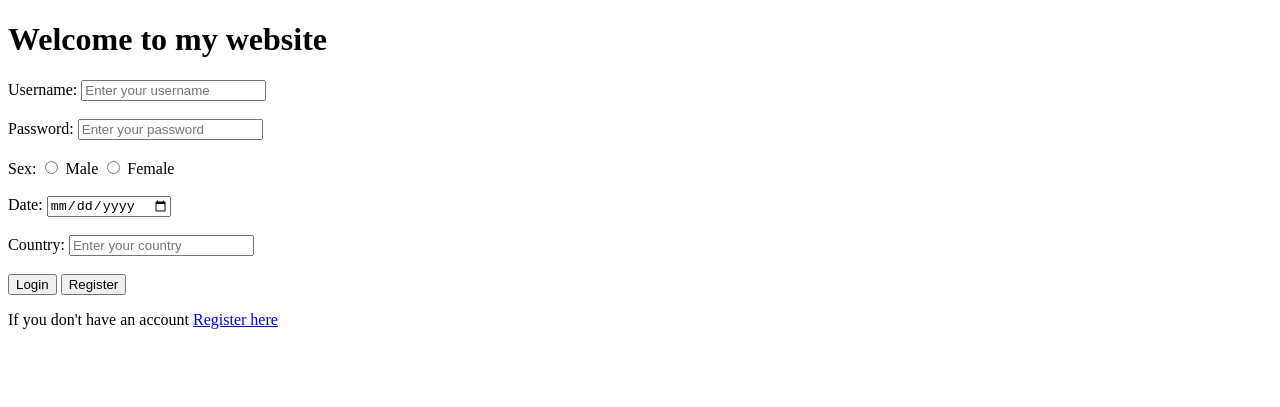
Repository: bao2222/hoc-lam-web
Page: welcome.html
The author's editor kept a copy of each file at every save. The page is drawn from the files as they stood at one save, then again after the next save.
The browser window is 1280 px wide. The pictures show the whole page.

Above is the page before, as saved 2024-12-24 19:34:38.

After the next save:
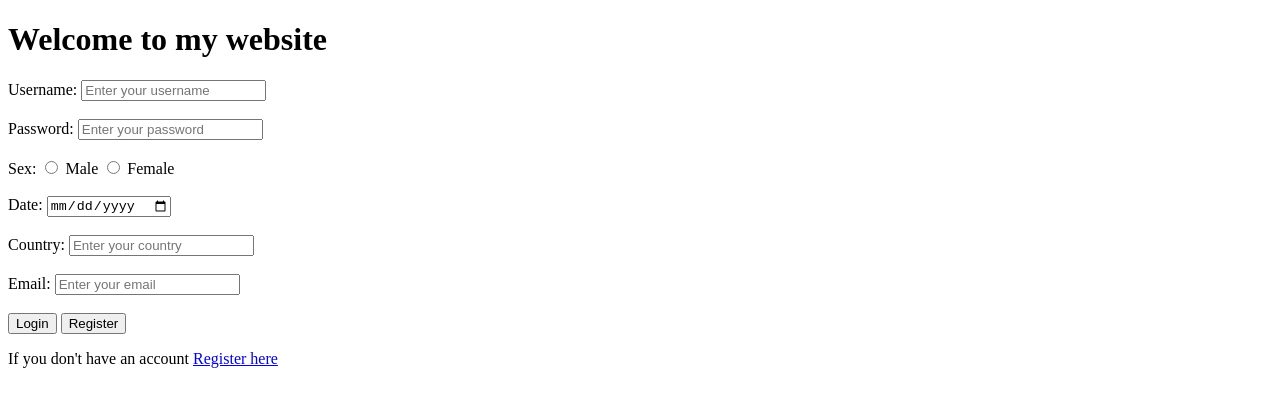
Saved 38 s later.
--- a/welcome.html
+++ b/welcome.html
@@ -31,6 +31,8 @@
                         <input type="date" id="date" name="date"><br><br>
                         <label for="country">Country:</label>
                         <input type="text" id="country" name="country" placeholder="Enter your country" required><br><br>
+                        <label for="email">Email:</label>
+                        <input type="email" id="email" name="email" placeholder="Enter your email" required><br><br>
                         <button type="submit">Login</button>
                         <button type="reset">Register</button>
 
